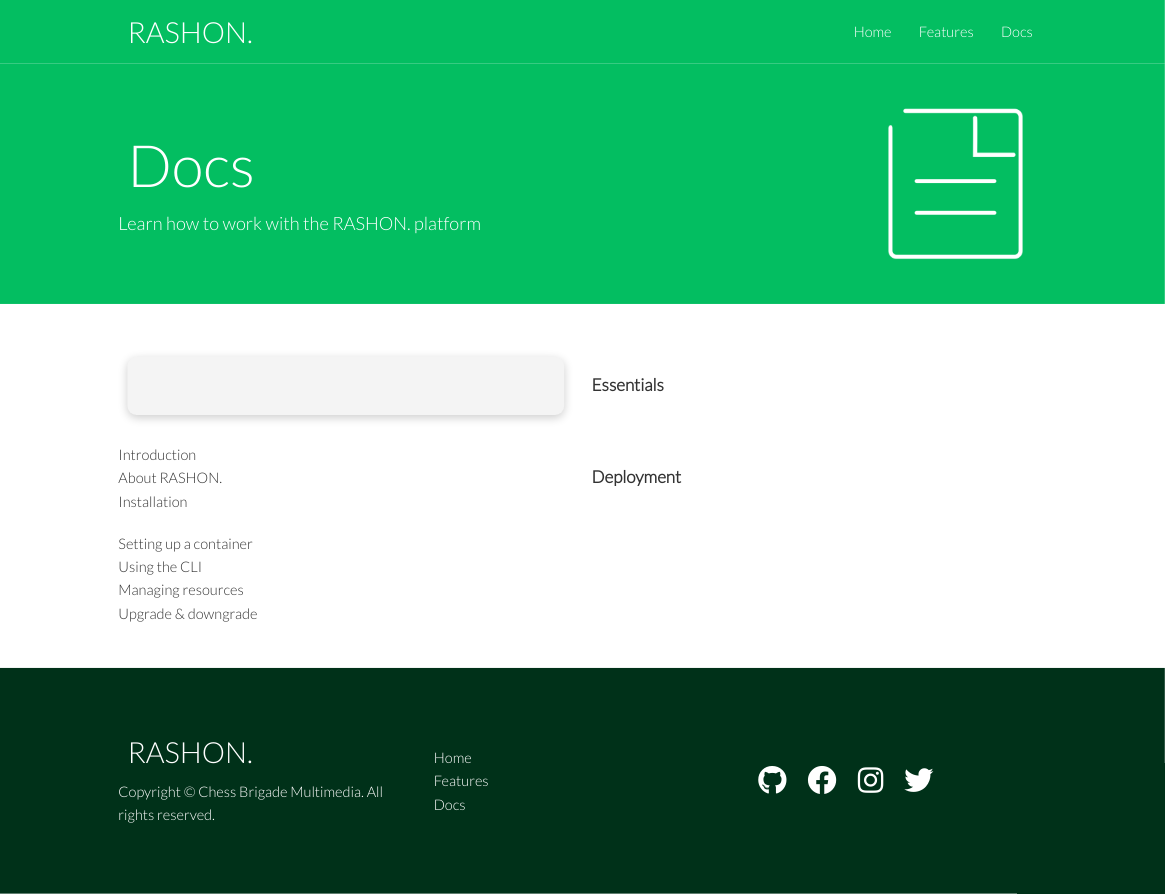
Repository: Skilis/website-modern
Page: docs.html
These files come from the project's save history. The page is drawn as it stood at one moment and after the next save; the edit follows.
The browser window is 1280 px wide. The pictures show the whole page, at 91% of full size.

Above is the page before, as saved 2020-10-23 18:05:59.

After the next save:
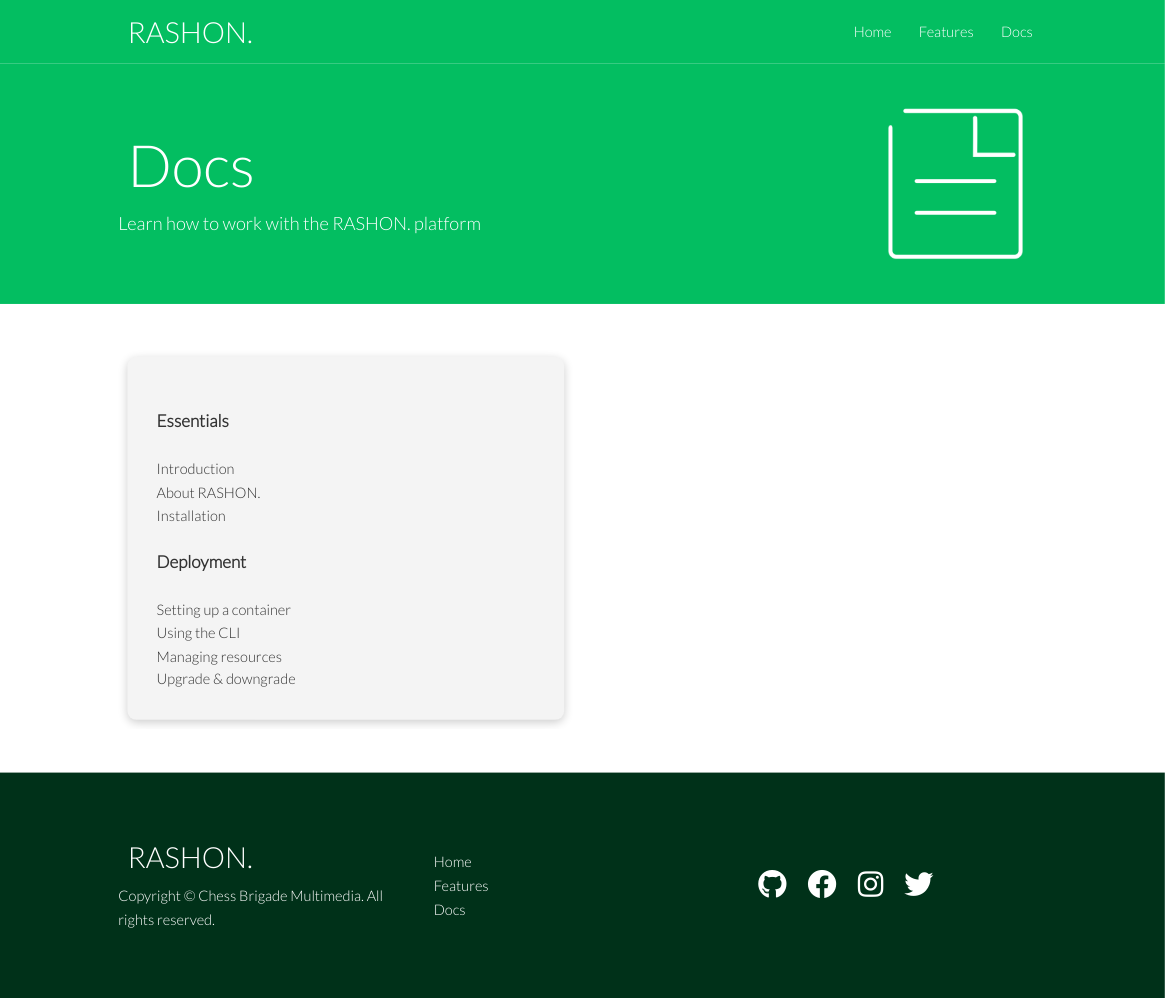
Saved 11 s later.
--- a/docs.html
+++ b/docs.html
@@ -44,27 +44,27 @@
 
   <section class="docs-main my-4">
     <div class="container grid">
-      <div class="card bg-light p-3"></div>
-      <h3 class="my-2">Essentials</h3>
-      <nav>
-        <ul>
-          <li><a href="#">Introduction</a></li>
-          <li><a href="#">About RASHON.</a></li>
-          <li><a href="#">Installation</a></li>
-        </ul>
-      </nav>
+      <div class="card bg-light p-3">
+        <h3 class="my-2">Essentials</h3>
+        <nav>
+          <ul>
+            <li><a href="#">Introduction</a></li>
+            <li><a href="#">About RASHON.</a></li>
+            <li><a href="#">Installation</a></li>
+          </ul>
+        </nav>
 
 
-      <h3 class="my-2">Deployment</h3>
-      <nav>
-        <ul>
-          <li><a href="#">Setting up a container</a></li>
-          <li><a href="#">Using the CLI</a></li>
-          <li><a href="#">Managing resources</a></li>
-          <li><a href="#">Upgrade & downgrade</a></li>
-        </ul>
-      </nav>
-    </div>
+        <h3 class="my-2">Deployment</h3>
+        <nav>
+          <ul>
+            <li><a href="#">Setting up a container</a></li>
+            <li><a href="#">Using the CLI</a></li>
+            <li><a href="#">Managing resources</a></li>
+            <li><a href="#">Upgrade & downgrade</a></li>
+          </ul>
+        </nav>
+      </div>
     </div>
 
   </section>
